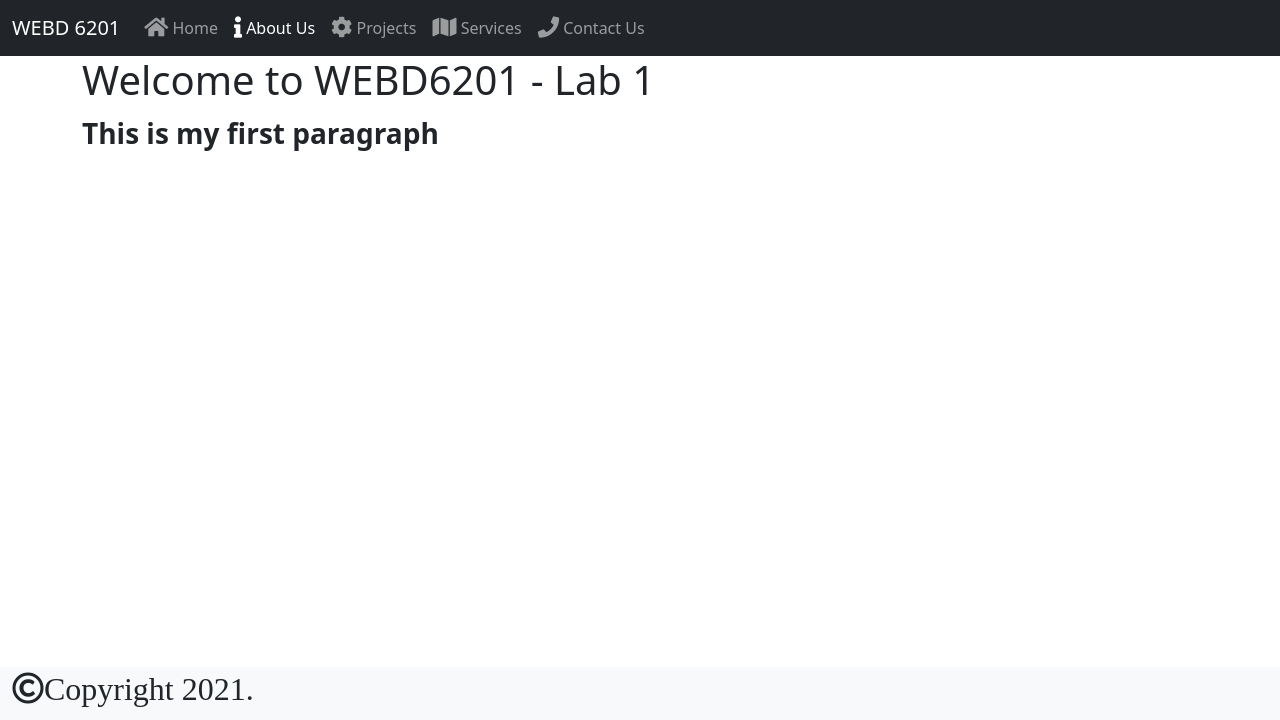
Repository: vans12345678/WEBD6201-W2021-Week3
Page: about.html
The author's editor kept a copy of each file at every save. The page is drawn from the files as they stood at one save, then again after the next save.
The browser window is 1280 px wide. The pictures show the whole page.

Above is the page before, as saved 2021-01-21 08:49:01.

After the next save:
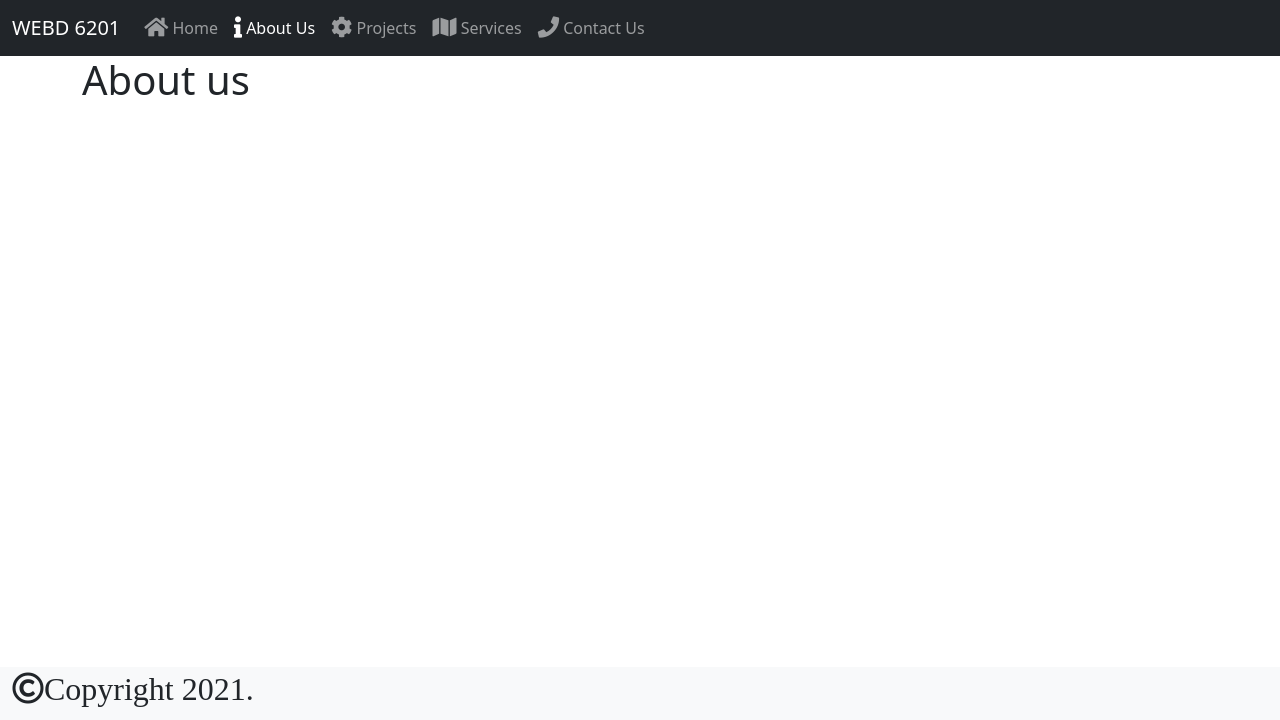
Console error: TypeError: Cannot set properties of null (setting 'textContent')
Saved 15 s later.
--- a/about.html
+++ b/about.html
@@ -48,8 +48,7 @@
     </header>
   <!-- Main Contents -->
     <main class="container">
-        <h1>Welcome to WEBD 6201</h1>
-        <p id="paragraphOne"></p>
+        <h1>About us</h1>
     </main>
     <!-- Main Footer -->
     <footer>
